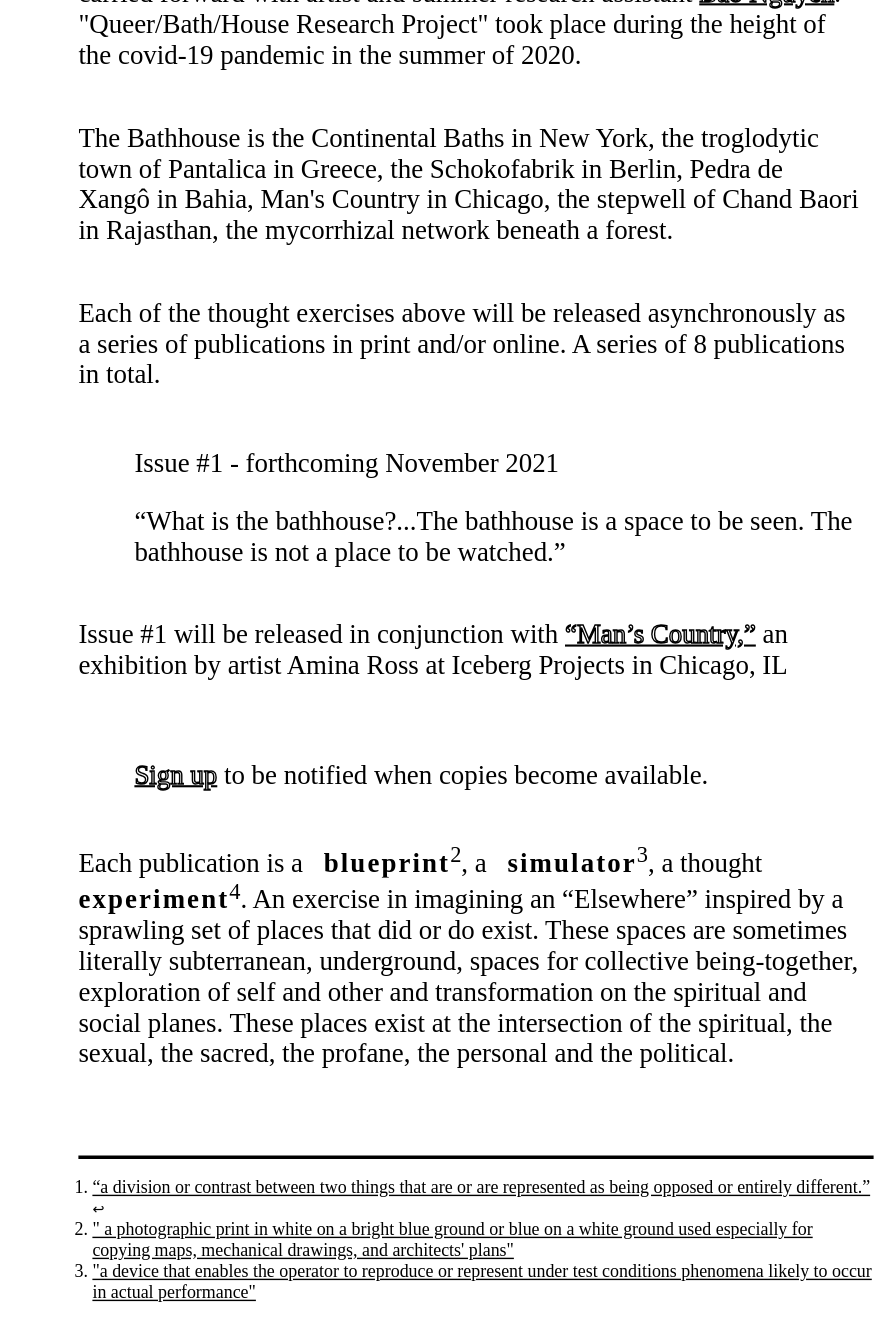
Repository: ayoungblood2/bathhouse.online
Page: index.html
These files come from the project's save history. The page is drawn as it stood at one moment and after the next save; the edit follows.
The browser window is 1280 px wide. The pictures show the part of the page from y = 2484 to 4404 px (the page is 4404 px tall), at 70% of full size.
An inner scrolling area shows only its first screen. Backgrounds fixed to the window are drawn as part of the page. Some web fonts or font styles are not loaded; a fallback is used.

Above is the page before, as saved 2021-10-16 17:23:45.
Not found: js/layout_main.js
Not found: js/three_main.js
Not found: style.css

### index.html
<!DOCTYPE html>
<html>

<head>
    <meta charset="UTF-8">
    <meta name="viewport" content="width=device-width, initial-scale=1.0, maximum-scale=1.0, user-scalable=no" />
    <title>bathhouse.online</title>
    <link rel="apple-touch-icon" sizes="180x180" href="/apple-touch-icon.png">
    <link rel="icon" type="image/png" sizes="32x32" href="/favicon-32x32.png">
    <link rel="icon" type="image/png" sizes="16x16" href="/favicon-16x16.png">
    <link rel="manifest" href="/site.webmanifest">
    <link rel="stylesheet" href="style.css">
    <script src="http://code.jquery.com/jquery-1.12.0.min.js"></script>
    <link rel='dns-prefetch' href='//ajax.googleapis.com' />
    <meta name="keywords" content="Amina Ross, Avery Youngblood">
    <meta name="author" content="Avery Youngblood">
    <script type="text/javascript" src="./js/layout_main.js"></script>
    <script type="text/javascript" src="./js/three_main.js"></script>

    <style>
        @font-face {
            font-family: Avenir Next Heavy;
            src: url(fonts/AvenirNext.ttc);
        }

        body,
        html {
            height: 100%;
            width: 100%;
            margin: 0;
            overflow-x: hidden;
        }

        *,
        *:before,
        *:after {
            box-sizing: inherit;
        }

        .bg {

            /* background-image: url('images/20211010224425098.gif'); */


            /* Full height */
            height: 100%;

            /* Center and scale the image nicely */
            background-position: center;
            background-repeat: no-repeat;
            background-size: cover;
            position: relative;
            top: 0;
            left: 0;

            /* padding: 100px; */

            font-family: "Avenir Next Heavy";

        }




        .txt {
            position: absolute;
            top: 60px;
            left: 80px;
            font-family: "Avenir Next Heavy";
        }

        h1 {
            font-size: 10vw;
            text-align: center;
        }

        p {
            font-size: 3vw;
        }

        .parallax {
            /* The image used */
            background-image: url('images/20211010224425098.gif');

            /* Full height */
            height: 100%;

            /* Create the parallax scrolling effect */
            background-attachment: fixed;
            background-position: center;
            background-repeat: no-repeat;
            background-size: cover;
        }

        .container {
            padding: 10px;
            width: 2em;
        }

        .item {
            width: 50%;
            width: fit-content;
            padding: 5px;
            margin-bottom: 1em;
        }


        @media only screen and (max-width:900px) {
            h1 {
                font-size: 8vw;
            }

            .bg {
                padding: 0px;
            }

            p {
                font-size: 2vw;
            }
        }

        .top {
            padding: 1em;
            /* display: grid; */
            /* grid-gap: 3em; */
            grid-template-columns: repeat(1, 250px);
        }

        .quote {
            padding: 1em;
            /* border-radius: .3em; */
            /* box-shadow: 10px 10px 30px rgba(0, 0, 0, 0.1); */
        }

        p {
            margin-top: 0;
            margin-right: 20px;
            font-size: 3vw;
        }

        span {
            font-weight: bold;
            position: relative;
            margin-left: 20px;
        }

        :before {
            content: '';
            position: fixed;
            height: 1px;
            width: 20px;
            /* border-bottom: 1px solid black; */
            top: 20px;
        }




        @media(min-width:950px) {
            .top {
                grid-template-columns: repeat(2, 250fr);
            }
        }

        .tab {
            margin-left: 80px;
        }

        footer {
            margin-top: 50px;
            border-top: 5px solid black;
            font-size: 2vw;
        }

        footer ol {
            padding-left: 20px;
        }

        /**
 * Initialiazing a `footnotes` counter on the wrapper
 */
        article {
            counter-reset: footnotes;
        }

        /**
 * Inline footnotes references
 * 1. Increment the counter at each new reference
 * 2. Reset link styles to make it appear like regular text
 */
        [aria-describedby="footnote-label"] {
            counter-increment: footnotes;
            /* 1 */
            text-decoration: none;
            /* 2 */
            color: inherit;
            /* 2 */
            cursor: default;
            /* 2 */
            outline: none;
            /* 2 */
        }

        /**
 * Actual numbered references
 * 1. Display the current state of the counter (e.g. `[1]`)
 * 2. Align text as superscript
 * 3. Make the number smaller (since it's superscript)
 * 4. Slightly offset the number from the text
 * 5. Reset link styles on the number to show it's usable
 */
        [aria-describedby="footnote-label"]::after {
            content: '['counter(footnotes) ']';
            /* 1 */
            vertical-align: super;
            /* 2 */
            font-size: 0.5em;
            /* 3 */
            margin-left: 2px;
            /* 4 */
            color: blue;
            /* 5 */
            text-decoration: underline;
            /* 5 */
            cursor: pointer;
            /* 5 */
        }

        /**
 * Resetting the default focused styles on the number
 */
        [aria-describedby="footnote-label"]:focus::after {
            outline: thin dotted;
            outline-offset: 2px;
        }

        [aria-label="Back to content"] {
            font-size: 0.8em;
        }

        /**
 * Highlight target note
 */
        footer :target {
            background: yellow;
        }

        /**
 * Visually hidden yet accessible content
 */
        .visually-hidden {
            position: absolute;
            clip: rect(0 0 0 0);
            visibility: hidden;
            opacity: 0;
        }
    </style>

<body>


    <div class="parallax"></div>

    <div class="bg"></div>

    <div class="txt">

        <h1>bathhouse.online</h1>



        <div class="top">
            <div class="quote">

                <p style="font-size: 5vw;">

                    The bathhouse is safe. <br>The bathhouse is not secure.<br><br>
                    The bathhouse is a space to be seen. <br>The bathhouse is not a place to be watched.<br><br>
                    The bathhouse is sensual. <br>The bathhouse is not unspiritual.<br><br>
                    The bathhouse is a space for meaningful work. <br>The bathhouse is not a workplace.<br><br>
                    The bathhouse is a technology. <br>The bathhouse is not a machine.<br><br>
                    The bathhouse is immersive. <br>The bathhouse is not without a body.<br><br>
                    The bathhouse is sweating. <br>The bathhouse is not drained.<br><br>
                    The bathhouse is gone. <br>The bathhouse is not over.<br>
                </p>

                <br>

                <p>
                    “The Bathhouse” is a yet-to-exist space, generated through a set of (false)<span
                        style="letter-spacing: 3px;"><a href="#footnotes" aria-describedby="footnote-label"
                            id="footnotes-ref">dichotomies</a></span><sup>1</sup>,
                    core questions, reflections and exercises. The characteristics of The Bathhouse are drawn from the
                    "Queer/Bath/House Research Project" - A research project conceived of by <a
                        style="color: white; -webkit-text-stroke: 2px black;" href=aminaross.com>Amina
                        Ross</a>, carried forward with artist and summer research assistant <a
                        style="color: white; -webkit-text-stroke: 2px black;" href=https://nguyenbao.myportfolio.com>
                        Bao Nguyen</a>. "Queer/Bath/House Research Project" took place during the
                    height of the covid-19 pandemic in the summer of 2020.

                </p>
                <br> <br>
                <p>
                    The Bathhouse is the Continental Baths in New York, the troglodytic town of Pantalica in Greece, the
                    Schokofabrik in Berlin, Pedra de Xangô in Bahia, Man's Country in Chicago, the stepwell of Chand
                    Baori in Rajasthan, the mycorrhizal network beneath a forest.


                </p>
                <br> <br>
                <p>
                    Each of the thought exercises above will be released asynchronously as a series of publications in
                    print and/or online. A series of 8 publications in total.<br><br>
                <p class="tab">Issue #1 - forthcoming November 2021</p>
                <p class="tab">“What is the bathhouse?...The bathhouse is a space to be seen. The bathhouse is not a
                    place to be
                    watched.”</p>
                </p>
                <br> <br>
                <p>
                    Issue #1 will be released in conjunction with <a
                        style="color: white; -webkit-text-stroke: 2px black;" href=https://icebergchicago.com>“Man’s
                        Country,”</a> an exhibition by artist Amina Ross at Iceberg Projects in Chicago, IL
                </p>
                <br> <br>
                <p>

                <p class="tab"><a style="color: white; -webkit-text-stroke: 2px black;"
                        href=https://forms.gle/NMAofWzGxNe4W74i9>Sign up</a> to be notified when copies become
                    available.</p>

                </p>
                <br> <br>
                <p>
                    Each publication is a <span style="letter-spacing: 3px;">blueprint</span><sup>2</sup>, a <span
                        style="letter-spacing: 3px;">simulator</span><sup>3</sup>, a thought <span
                        style="letter-spacing: 3px;">experiment</span><sup>4</sup>. An exercise in imagining an
                    “Elsewhere” inspired by a sprawling set of places that did or do exist. These spaces are sometimes
                    literally subterranean, underground, spaces for collective being-together, exploration of self and
                    other and transformation on the spiritual and social planes. These places exist at the intersection
                    of the spiritual, the sexual, the sacred, the profane, the personal and the political.

                </p>
                <br> <br>


                <footer>

                    <ol>
                        <li id="footnotes"><a style="color: black;"
                                href=https://www.lexico.com/en/definition/dichotomy>“a division or contrast between two
                                things that
                                are or are represented as
                                being opposed or entirely different.”</a>
                                <a href="#footnotes-ref" aria-label="Back to content" style="color: black; text-decoration: none;">↩</a>
                        </li>

                        <li id="css"><a style="color: black;"
                                href=https://www.merriam-webster.com/dictionary/blueprint#:~:text=Blueprint%20%7C%20Definition%20of%20Blueprint%20by%20Merriam%2DWebster>"
                                a photographic print in white on a bright blue ground or blue on a white ground
                                used especially for copying maps, mechanical drawings, and architects' plans"</a>
                        </li>

                        <li id="css-counters"><a style="color: black;"
                                href=https://www.merriam-webster.com/dictionary/simulator>"a device that enables the
                                operator to reproduce or represent under test
                                conditions phenomena likely to occur in actual performance"</a>
                        </li>
                    </ol>
                </footer>


            </div>


        </div>

    </div>


</body>

<script>
    $(function () {
        var previousScroll = 0;
        $(window).scroll(function (event) {
            var scroll = $(this).scrollTop();
            var heading = $('.parallax');

            if (scroll > 600) {
                console.log('scrolling down');
                heading.fadeIn("slow", function () {
                    heading.css('opacity', '0.4');
                });
            } else {
                heading.fadeIn("slow", function () {
                    heading.css('opacity', '1');
                });
            }
            previousScroll = scroll;
        });
    })
</script>
</head>

</html>

After the next save:
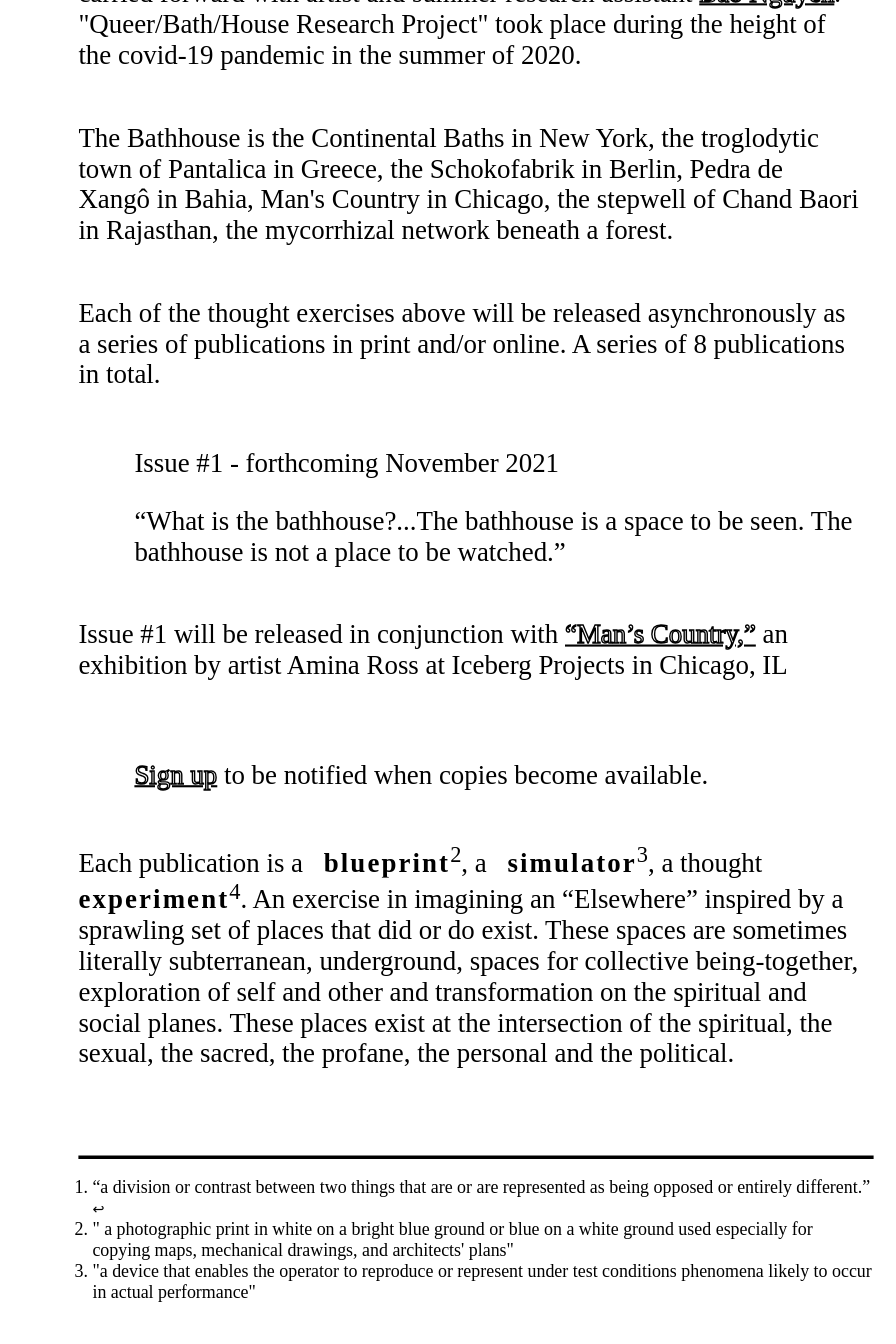
Saved 53 s later.
--- a/index.html
+++ b/index.html
@@ -347,7 +347,7 @@
                 <footer>
 
                     <ol>
-                        <li id="footnotes"><a style="color: black;"
+                        <li id="footnotes"><a style="text-decoration: none; color: black;"
                                 href=https://www.lexico.com/en/definition/dichotomy>“a division or contrast between two
                                 things that
                                 are or are represented as
@@ -355,13 +355,13 @@
                                 <a href="#footnotes-ref" aria-label="Back to content" style="color: black; text-decoration: none;">↩</a>
                         </li>
 
-                        <li id="css"><a style="color: black;"
+                        <li id="css"><a style="text-decoration: none; color: black;"
                                 href=https://www.merriam-webster.com/dictionary/blueprint#:~:text=Blueprint%20%7C%20Definition%20of%20Blueprint%20by%20Merriam%2DWebster>"
                                 a photographic print in white on a bright blue ground or blue on a white ground
                                 used especially for copying maps, mechanical drawings, and architects' plans"</a>
                         </li>
 
-                        <li id="css-counters"><a style="color: black;"
+                        <li id="css-counters"><a style="text-decoration: none; color: black;"
                                 href=https://www.merriam-webster.com/dictionary/simulator>"a device that enables the
                                 operator to reproduce or represent under test
                                 conditions phenomena likely to occur in actual performance"</a>
